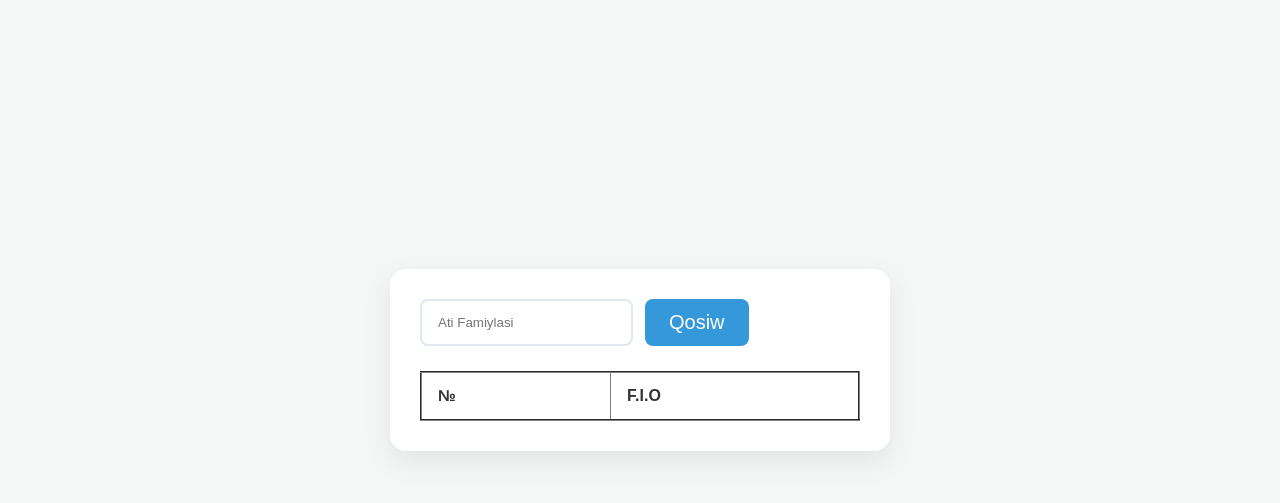
Repository: atamuratov777/my-to-do-list
Page: index.html
An editor plug-in stored every save of this project. The page is shown before and after the next save, followed by the edit.
The browser window is 1280 px wide. The pictures show the whole page.

Above is the page before, as saved 2026-06-18 14:33:39.

### index.html
<!DOCTYPE html>
<html lang="en">
<head>
    <meta charset="UTF-8">
    <meta name="viewport" content="width=device-width, initial-scale=1.0">
    <title>Document</title>
    <link rel="stylesheet" href="./style.css">
</head>
<body>

    <div class="card">
    <div class="textName">
        <input type="text" placeholder="Ati Famiylasi" onchange="namech(event)">
        <button>Qosiw</button>
    </div>
    <table border="2">
        <thead>
            <th>№</th>
            <th>F.I.O</th>
        </thead>
        <tbody id="tbody">
        </tbody>
    </table>

    <script src="./script.js"></script>
</body>
</html>

### style.css
* {
    margin: 0;
    padding: 0;
    box-sizing: border-box;
    font-family: sans-serif;
}

body {
    background-color: #f4f7f6;
    color: #333;
    display: flex;

    align-items: center;
    justify-content: center;
    height: 100vh;
    padding: 20px;
}




.card {
    background: #ffffff;
    padding: 30px;
    border-radius: 16px;
    box-shadow: 0 10px 30px rgba(0, 0, 0, 0.08);
    width: 100%;
    max-width: 500px;
}


.textName {
    display: flex;
    gap: 12px;
    margin-bottom: 25px;
}

input {

    padding: 12px 16px;
    border: 2px solid #e2e8f0;
    border-radius: 8px;

}

button {
    padding: 12px 24px;
    background-color: #3498db;
    color: white;
    border: none;
    border-radius: 8px;
    font-size: 20PX;

    cursor: pointer;

}

button:hover {
    background-color: #2980b9;
}

table {
    width: 100%;
    border-collapse: collapse;
    margin-top: 10px;
    text-align: left;
}

th,
td {

    padding: 14px 16px;
    border-bottom: 1px solid #edf2f7;
}
tbody tr:hover {
    background-color: #f8fafc;
}



.trash {
    cursor: pointer;
    text-align: center;
    font-size: 1.1rem;
    transition: transform 0.3s ease, color 0.2s;

}

.trash:hover {
    transform: scale(1.2);
    color: #e74c3c;
}

### script.js
let person=[]
const tbody=document.getElementById("tbody")

function namech(event){
    tbody.innerHTML=""
    person.push({
        id:12,
        name:event.target.value
    })
    person.forEach((person,index)=>{
        tbody.innerHTML+=`<tr>
        <th>${index+1}</th>
        <th>${person.name}<th>
        <th onClick={clicktrash(${index+1})} class="trash">🗑</th>
        </tr>`
    })
}

console.log("Usi ekran")

function clicktrash(basil) {
    tbody.innerHTML=""
    person.splice(basil-1,1)
    console.log(person)
    person.forEach((person,index)=>{
        tbody.innerHTML+=`<tr>
        <th>${index+1}</th>
        <th>${person.name}<th>
        <th onClick={clicktrash(${index+1})} class="trash">🗑</th>
        </tr>`
    })
}

After the next save:
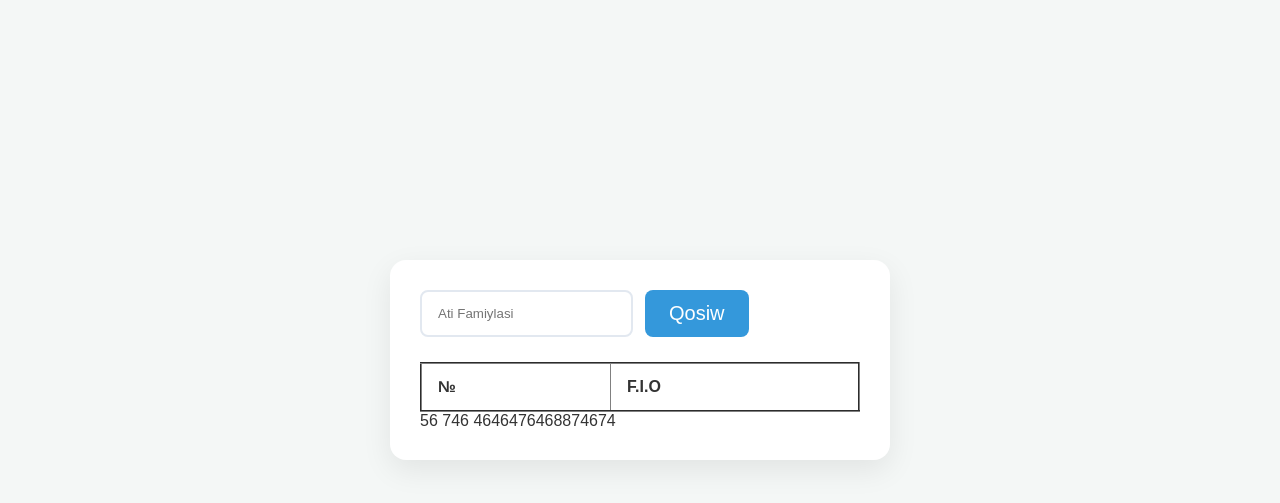
Saved 32 s later.
--- a/index.html
+++ b/index.html
@@ -24,4 +24,6 @@
 
     <script src="./script.js"></script>
 </body>
-</html>
+</html>56
+746
+4646476468874674

After the save that followed:
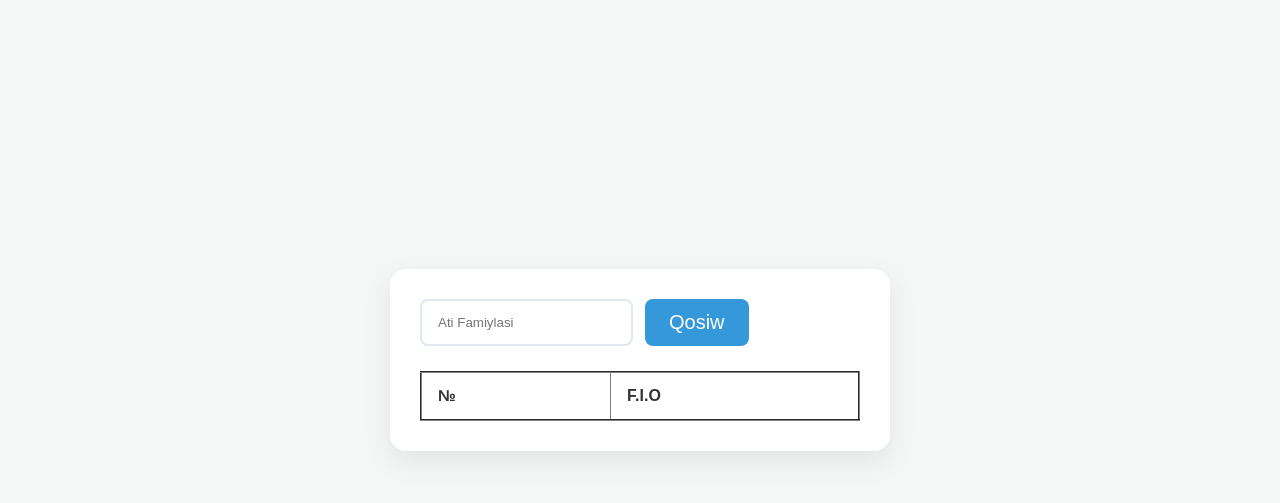
Saved 7 s later.
--- a/index.html
+++ b/index.html
@@ -24,6 +24,4 @@
 
     <script src="./script.js"></script>
 </body>
-</html>56
-746
-4646476468874674
+</html>
